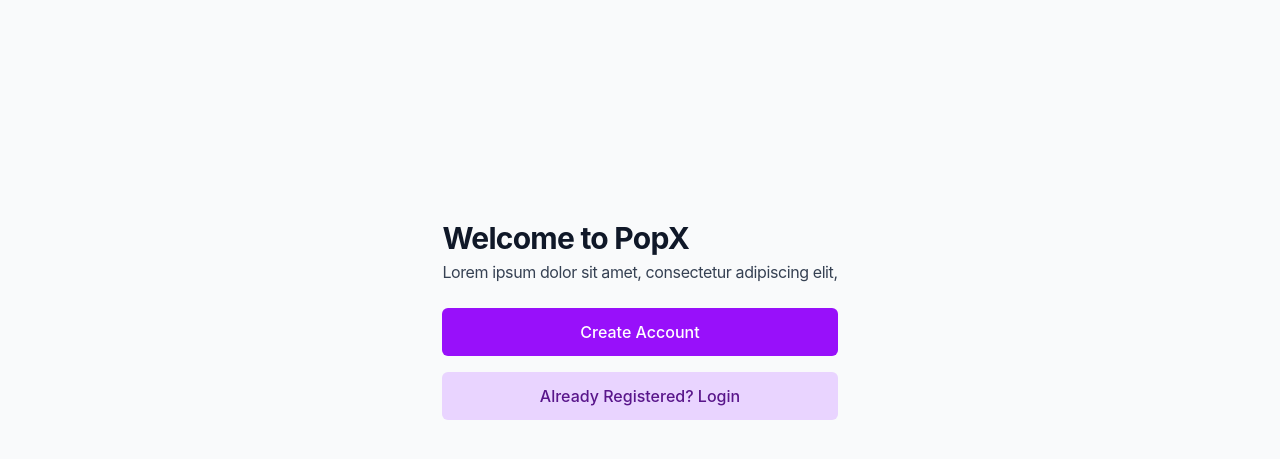
Repository: tanayburbure/inter
Page: /
These files come from the project's save history. The page is drawn as it stood at one moment and after the next save; the edit follows.
The browser window is 1280 px wide. The pictures show the whole page.
The project was rebuilt for these pictures with package versions that can differ from the ones it lists, and the page was loaded fresh each time. Also part of the build but not shown: vite.config.js, src/pages/Login.jsx, src/pages/Signup.jsx, src/pages/Account.jsx.

Above is the page before, as saved 2025-06-17 22:23:32.

### src/index.css
@import "tailwindcss";

body {
  font-family: 'Inter', sans-serif;
}

### src/App.jsx
import React from "react";
import { BrowserRouter as Router, Routes, Route, useLocation, useNavigate } from "react-router-dom";
import Welcome from "./pages/Welcome";
import Login from "./pages/Login";
import Signup from "./pages/Signup";
import Account from "./pages/Account";

function BackButton() {
  const location = useLocation();
  const navigate = useNavigate();

  // Hide the button only on the Welcome page
  if (location.pathname === "/") return null;

  return (
    <button
      onClick={() => navigate(-1)}
      className="absolute top-4 left-4 px-4 py-2 bg-white border border-gray-300 rounded shadow text-sm hover:bg-gray-50"
    >
      ← Back
    </button>
  );
}

export default function App() {
  return (
    <Router>
      <div className="relative min-h-screen bg-gray-100 text-gray-900">
        <BackButton />
        <Routes>
          <Route path="/" element={<Welcome />} />
          <Route path="/login" element={<Login />} />
          <Route path="/signup" element={<Signup />} />
          <Route path="/account" element={<Account />} />
        </Routes>
      </div>
    </Router>
  );
}

### src/pages/Welcome.jsx
import { useNavigate } from 'react-router-dom';

export default function Welcome() {
  const navigate = useNavigate();

  return (
    <div className="min-h-screen md:items-center mg:justify-center lg:items-center lg:justify-center flex flex-col justify-end px-6 py-12 bg-gray-50">
      <div className="mb-20">
        <h1 className="text-3xl font-bold mb-1 tracking-tight">Welcome to PopX</h1>
        <p className="text-md text-gray-700 mb-6 tracking-tight">
          Lorem ipsum dolor sit amet, consectetur adipiscing elit,
        </p>
        <button
          onClick={() => navigate('/signup')}
          className="w-full bg-purple-600 text-white py-3 rounded-md font-medium mb-4"
        >
          Create Account
        </button>
        <button
          onClick={() => navigate('/login')}
          className="w-full bg-purple-200 text-purple-900 py-3 rounded-md font-medium"
        >
          Already Registered? Login
        </button>
      </div>
    </div>
  );
}

Loaded but not shown: index.html (common file); src/main.jsx (common file)

After the next save:
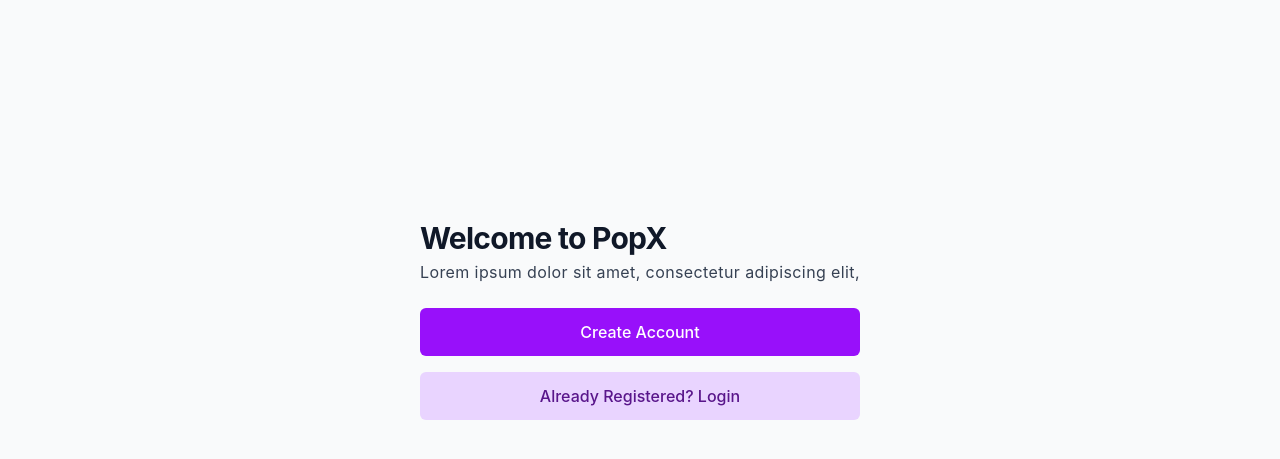
Saved 9 s later.
--- a/src/pages/Welcome.jsx
+++ b/src/pages/Welcome.jsx
@@ -7,7 +7,7 @@
     <div className="min-h-screen md:items-center mg:justify-center lg:items-center lg:justify-center flex flex-col justify-end px-6 py-12 bg-gray-50">
       <div className="mb-20">
         <h1 className="text-3xl font-bold mb-1 tracking-tight">Welcome to PopX</h1>
-        <p className="text-md text-gray-700 mb-6 tracking-tight">
+        <p className="text-md text-gray-700 mb-6 tracking-wide">
           Lorem ipsum dolor sit amet, consectetur adipiscing elit,
         </p>
         <button
